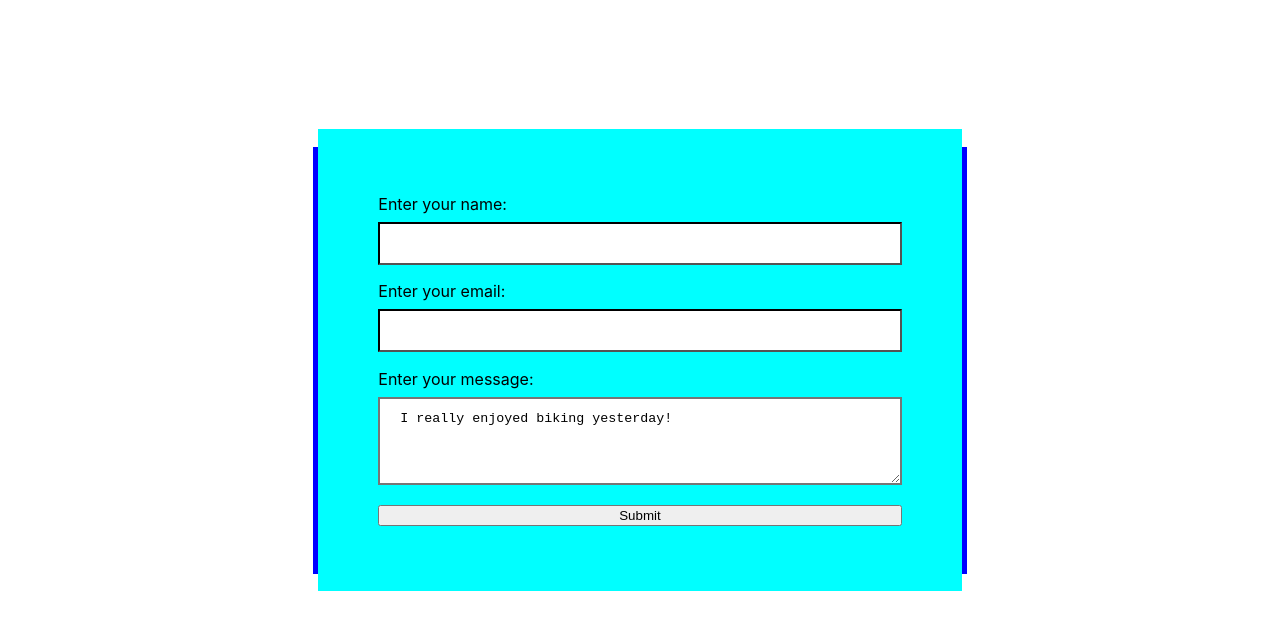
Repository: AddamVictorioDev/ProfileWebsite
Page: /form (app in con/)
These files come from the project's save history. The page is drawn as it stood at one moment and after the next save; the edit follows.
The browser window is 1280 px wide. The pictures show the whole page.
The project was rebuilt for these pictures with package versions that can differ from the ones it lists, and the page was loaded fresh each time. Also part of the build but not shown: con/src/App.css, con/src/home.css, con/src/home.js, con/src/addam.css, con/src/addam.js, con/src/usescripts.js, con/src/projects.js.

Above is the page before, as saved 2023-03-16 19:09:09.

### con/src/index.css
body {
  margin: 0;
  font-family: -apple-system, BlinkMacSystemFont, 'Segoe UI', 'Roboto', 'Oxygen',
    'Ubuntu', 'Cantarell', 'Fira Sans', 'Droid Sans', 'Helvetica Neue',
    sans-serif;
  -webkit-font-smoothing: antialiased;
  -moz-osx-font-smoothing: grayscale;
  /* background-image: url("/Users/addamvictorio/con/src/waterdropwallpp.jpg"); */
  /* background-color: #ffffff; */

}

code {
  font-family: source-code-pro, Menlo, Monaco, Consolas, 'Courier New',
    monospace;
}

### con/src/App.js
import logo from './logo.svg';
import './App.css';
import HomePage from './home';
import Addam from './addam';

import {
  BrowserRouter,
  Routes,
  Route
} from "react-router-dom";
import Projects from './projects';
import MyForm from './form';

function App() {

  return (

    <BrowserRouter>
      <Routes>


      <Route exact path="/" element={<Addam />}  />
      <Route path="projects" element={<Projects />} />
      <Route path="form" element={<MyForm />} />

      </Routes>


  </BrowserRouter>

  );
}

export default App;

### con/src/form.js
import { useState } from 'react';
import ReactDOM from 'react-dom/client';
import './form.css'

function MyForm() {
  const [inputs, setInputs] = useState({});
  const [textarea, setTextarea] = useState(
    "The content of a textarea goes in the value attribute"
  );

  const handleChange = (event) => {
    const name = event.target.name;
    const value = event.target.value;
    setInputs(values => ({...values, [name]: value}))
  }

  const handleSubmit = (event) => {
    event.preventDefault();
    alert(inputs);
  }

  return (
    <div className="center">
    <form onSubmit={handleSubmit}>
      <label>Enter your name:
      <input
        type="text"
        name="username"
        value={inputs.username || ""}
        onChange={handleChange}
      />
      </label>
      <label>Enter your email:
        <input
          type="text"
          name="age"
          value={inputs.age || ""}
          onChange={handleChange}
        />
        </label>
        <label>Enter your message:
        <textarea
        name="postContent"
        defaultValue="I really enjoyed biking yesterday!"
        rows={4}
        cols={40}
      />
        </label>

        <input type="submit" />
    </form>
    </div>
  )
}

export default MyForm;

### con/src/projects.css
.center{
    display: grid;
    justify-content: center;
    align-items: center;


}
.photo-grid {
    display: flex;
    height: 100%;

    border-radius: 10px;
    border-color: black;

    flex-wrap: wrap;
    justify-content: center;
    align-items: center;
    gap: 10px;
    background-color: blueviolet;
  }

  .photo-item {
    height: 100%;


    position: relative;




    overflow: auto;
  }

  img {
    width: 100%;
    height: 100%;


    object-fit: cover;
  }
  .img-text {
    position: absolute;
    width: 100%;
    bottom: 10px;

    color: white;
    background-color: rgb(199, 6, 6);
    padding: 10px;
  }

### con/src/form.css
body{
    display: flex;
    align-items: center;
    justify-content: center;

    height:100vh;

}
.container{

    align-items:center;
    display: flex;
    justify-content: space-between;
    background-color: aquamarine;

}

.center{
    display: grid;
    place-items: center;

    width: 100%;
    background-color: blue;



}


form{
    display: flex;
    flex-direction: column;
    background-color: aqua;
    width: 80%;
    height: 80%;
    padding: 60px;
    justify-content: space-around;

}

input[type=text] {
    width: 100%;
    padding: 12px 20px;
    margin: 8px 0;
border-color: black;
    box-sizing: border-box;
  }
  textarea{

    width: 100%;
    padding: 12px 20px;
    margin: 8px 0;
    box-sizing: border-box;
    border-width: 2px;
  }

Loaded but not shown: con/public/index.html (common file); con/src/index.js (common file); con/src/reportWebVitals.js (common file)

After the next save:
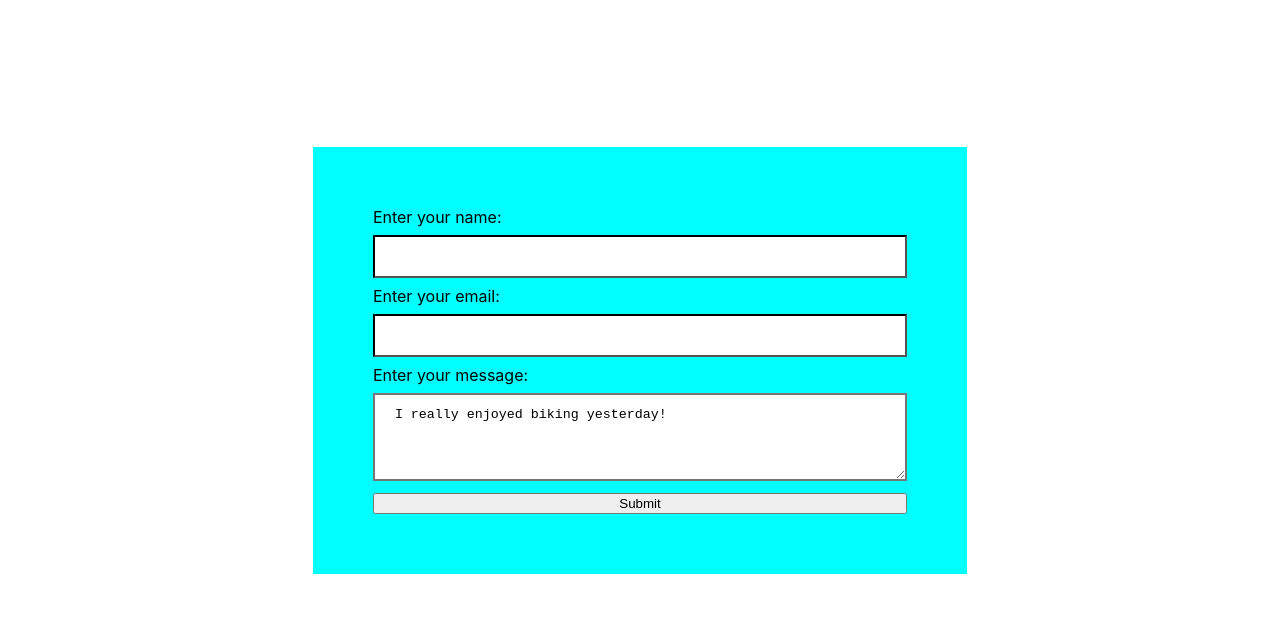
Saved 10 s later.
--- a/con/src/form.css
+++ b/con/src/form.css
@@ -31,8 +31,7 @@ form{
     display: flex;
     flex-direction: column;
     background-color: aqua;
-    width: 80%;
-    height: 80%;
+
     padding: 60px;
     justify-content: space-around;
 
